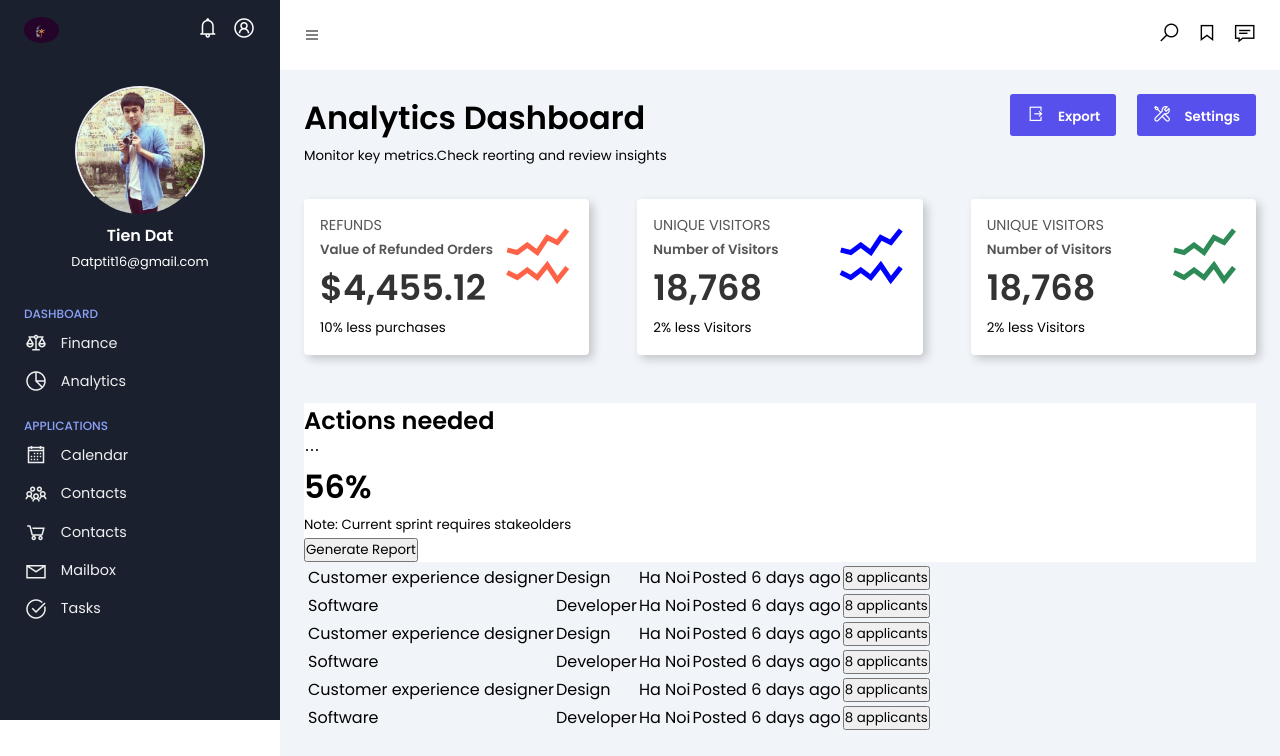
Repository: Datt21/dashboard-fe-project
Page: index.html
The author's editor kept a copy of each file at every save. The page is drawn from the files as they stood at one save, then again after the next save.
The browser window is 1280 px wide. The pictures show the whole page.

Above is the page before, as saved 2021-06-08 19:26:07.

After the next save:
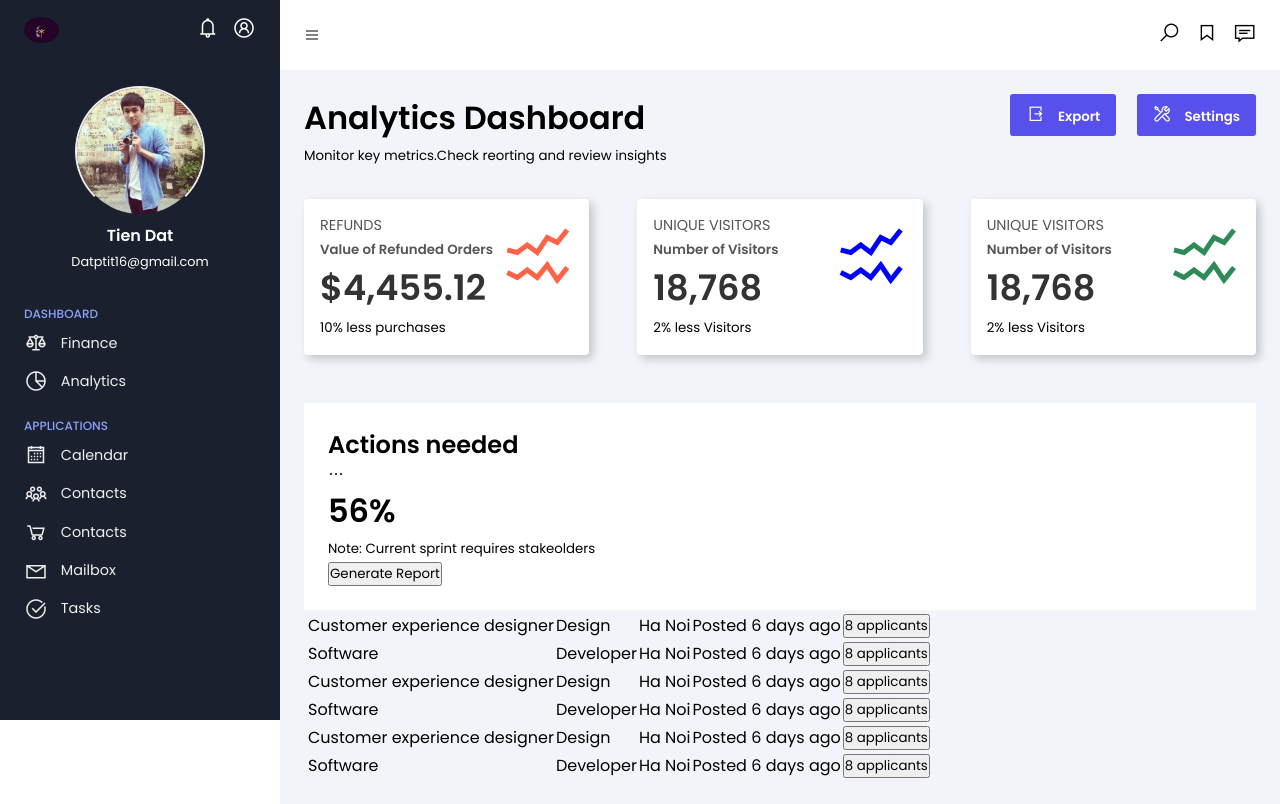
Saved 27 s later.
--- a/assets/css/style.css
+++ b/assets/css/style.css
@@ -218,4 +218,5 @@ main {
 
 .analytics__card{
     background: #fff;
-}
+    padding: 1.5rem;
+}
